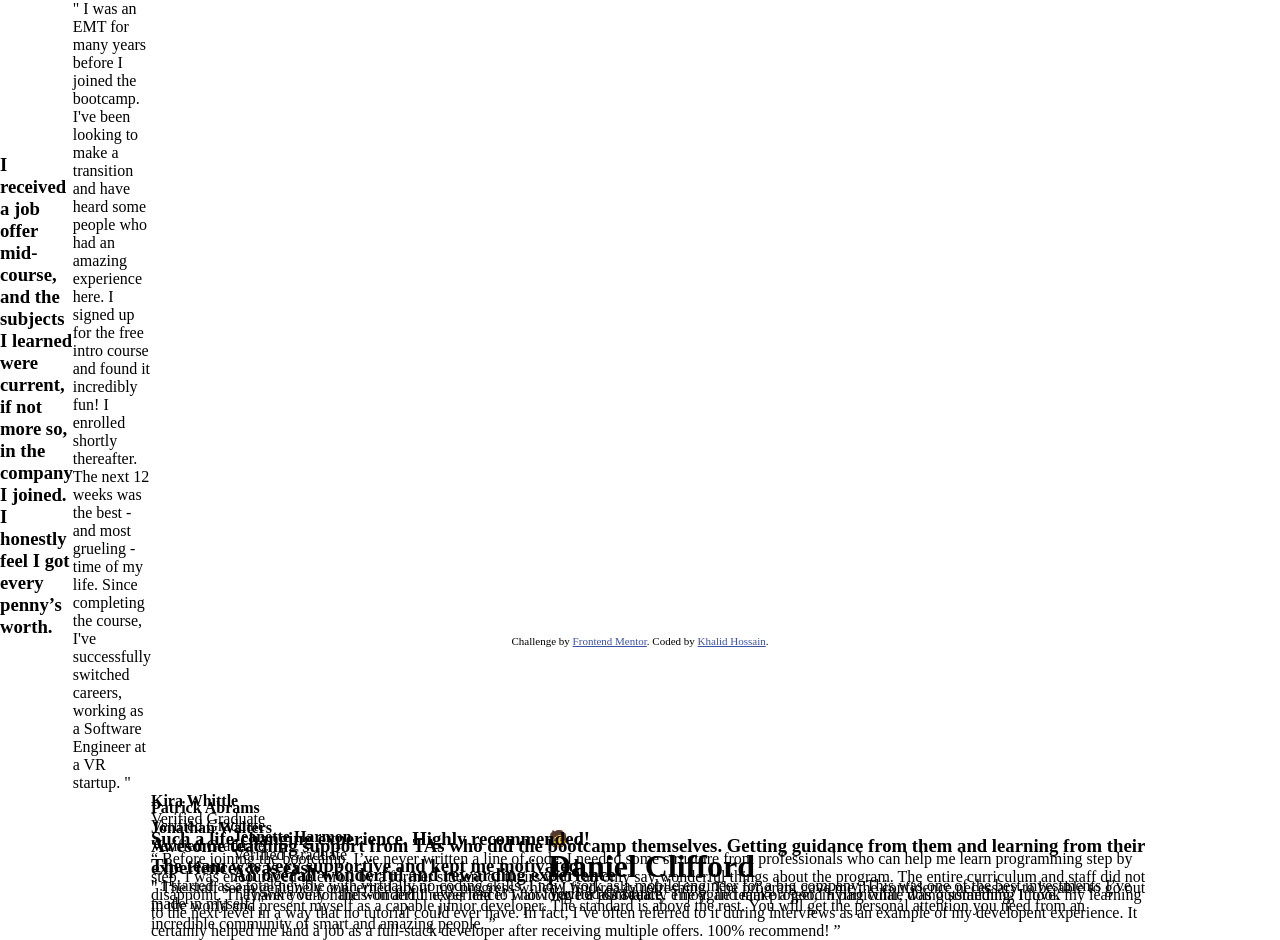
Repository: badhon252/Testimonials-Grid-Section
Page: index.html
An editor plug-in stored every save of this project. The page is shown before and after the next save, followed by the edit.
The browser window is 1280 px wide. The pictures show the whole page.

Above is the page before, as saved 2023-02-18 15:36:41.

After the next save:
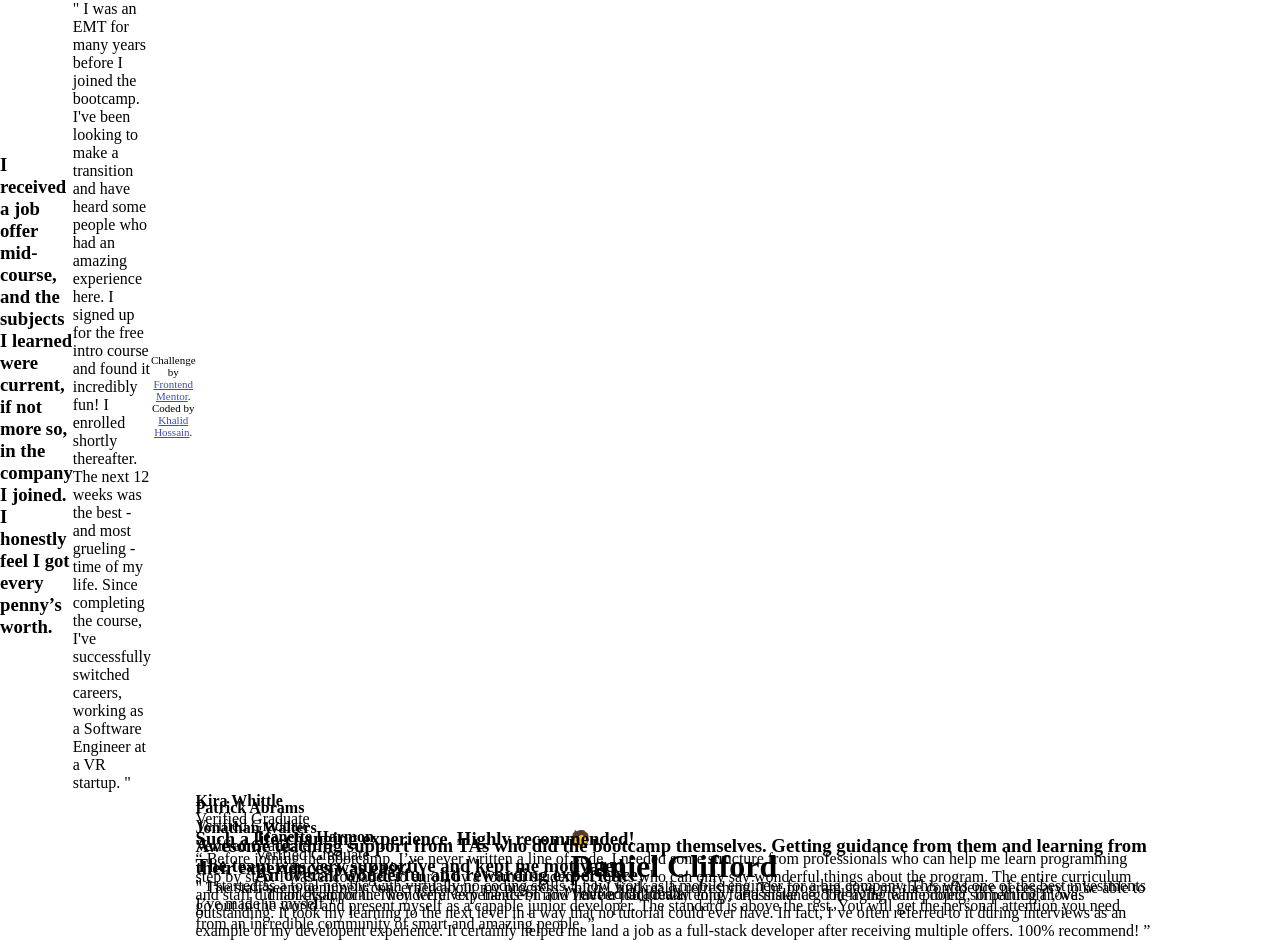
Saved 8 s later.
--- a/index.html
+++ b/index.html
@@ -57,14 +57,13 @@
                 level in a way that no tutorial could ever have. In fact, I’ve often referred to it during interviews as an example of my developent experience. It certainly helped me land a job as a full-stack developer after receiving multiple offers.
                 100% recommend! ”</p>
         </div>
-    </div>
 
 
 
-    <div class="attribution">
-        Challenge by <a href="https://www.badhon252.me" target="_blank">Frontend Mentor</a>. Coded by <a href="#">Khalid
-      Hossain</a>.
-    </div>
+        <div class="attribution">
+            Challenge by <a href="https://www.badhon252.me" target="_blank">Frontend Mentor</a>. Coded by <a href="#">Khalid
+        Hossain</a>.
+        </div>
 </body>
 
 </html>

After the save that followed:
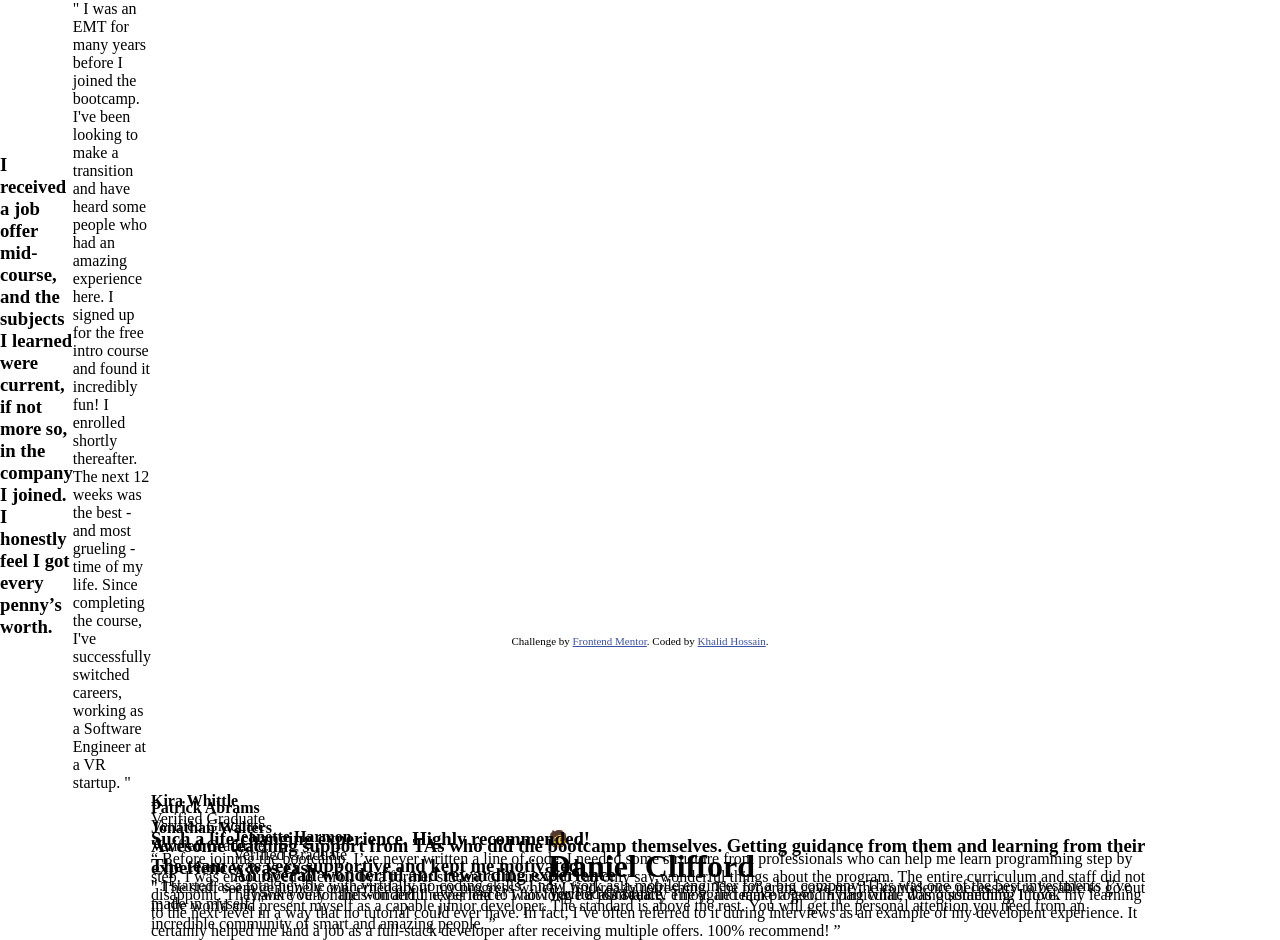
Saved 12 s later.
--- a/index.html
+++ b/index.html
@@ -57,13 +57,14 @@
                 level in a way that no tutorial could ever have. In fact, I’ve often referred to it during interviews as an example of my developent experience. It certainly helped me land a job as a full-stack developer after receiving multiple offers.
                 100% recommend! ”</p>
         </div>
+    </div>
 
 
 
-        <div class="attribution">
-            Challenge by <a href="https://www.badhon252.me" target="_blank">Frontend Mentor</a>. Coded by <a href="#">Khalid
-        Hossain</a>.
-        </div>
+    <div class="attribution">
+        Challenge by <a href="https://www.badhon252.me" target="_blank">Frontend Mentor</a>. Coded by <a href="#">Khalid
+      Hossain</a>.
+    </div>
 </body>
 
 </html>
